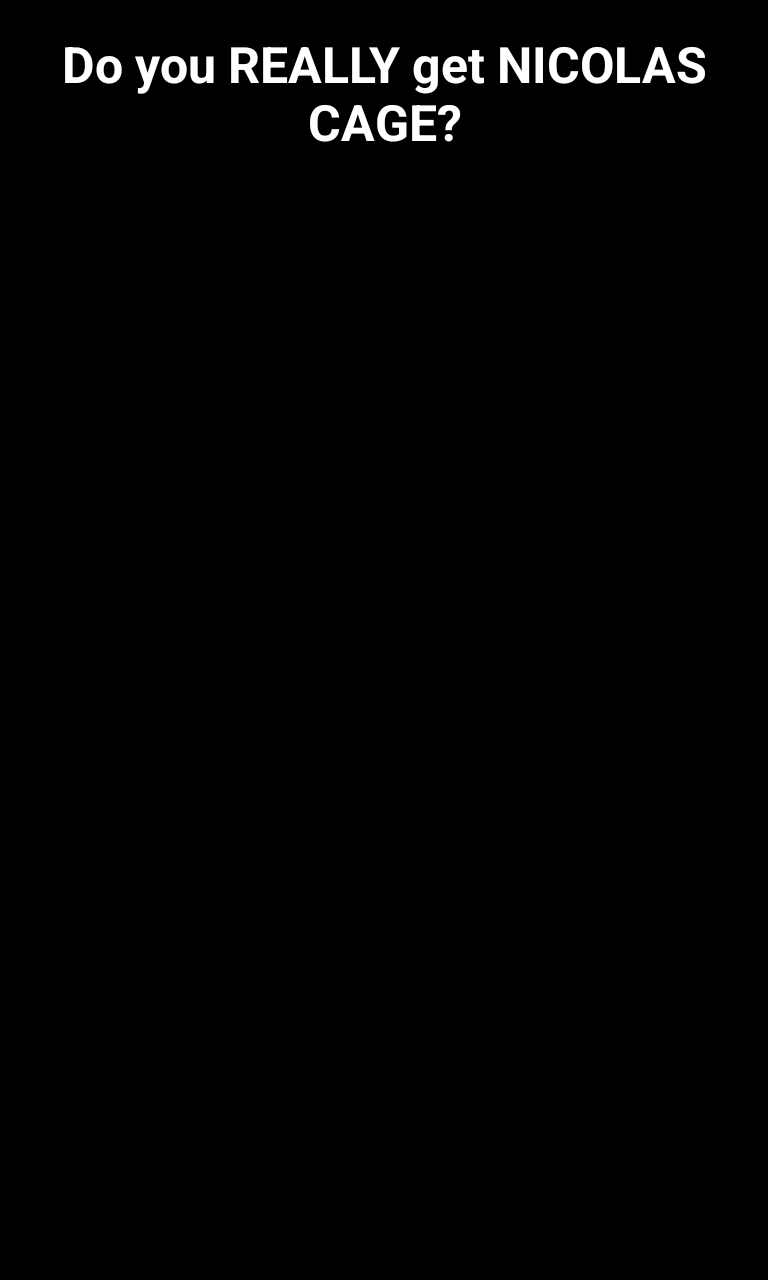
Repository: kylenicola/NicCageMobileApp
Layout: NicolasCageApp/res/layout/activity_score_menu.xml
The author's editor kept a copy of each file at every save. The layout is drawn from the files as they stood at one save, then again after the next save.
It is drawn on a 768 x 1280 px phone screen (xhdpi) without system bars, with theme AppTheme; the app's code is not run. The app's manifest (not shown) leaves right-to-left support off. So textAlignment, textDirection and layoutDirection are ignored, and left and right values win over start and end ones.

Above is the layout before, as saved 2014-12-04 01:29:35.

After the next save:
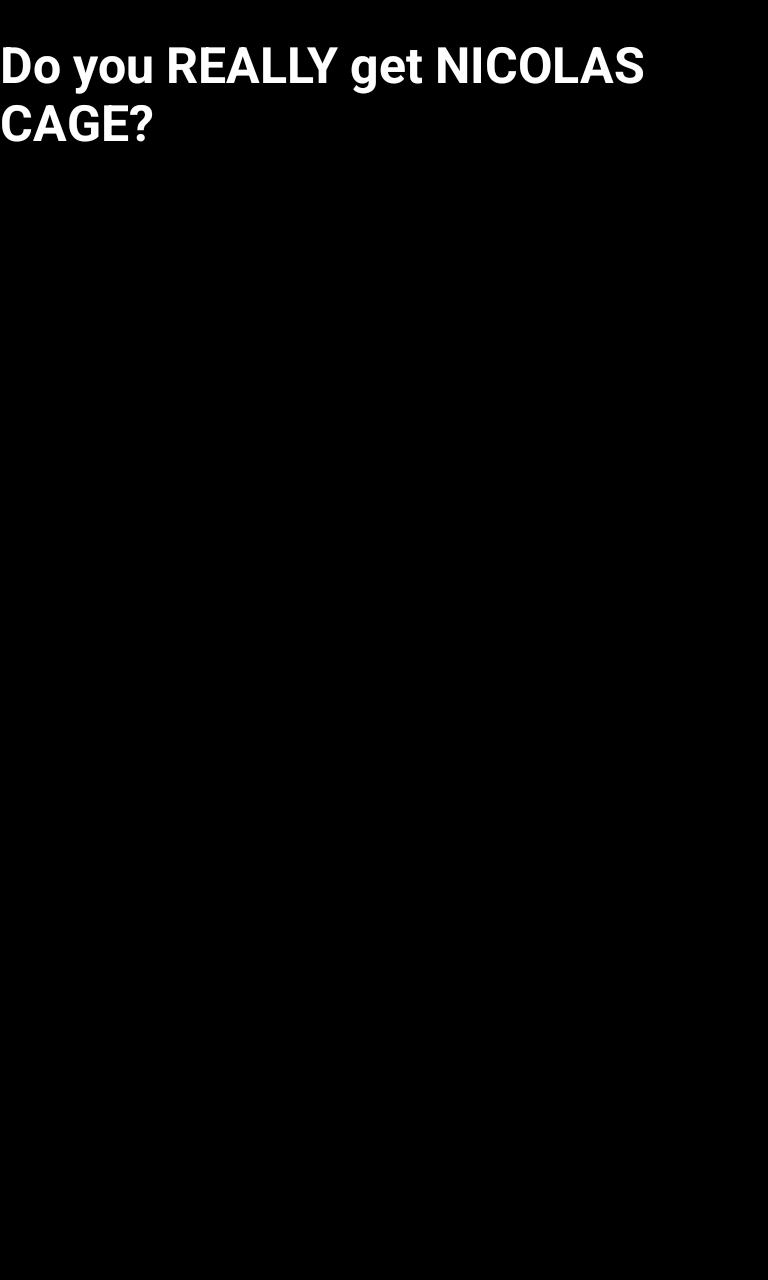
Saved 7 min 58 s later.
--- a/NicolasCageApp/res/layout/activity_score_menu.xml
+++ b/NicolasCageApp/res/layout/activity_score_menu.xml
@@ -9,7 +9,7 @@
 	     android:id="@+id/scoreMenuTitle"
 	     android:layout_width="wrap_content"
 	     android:layout_height="wrap_content"
-	     android:gravity="center"
+	     android:textAlignment="center"
 	     android:layout_marginTop="15dp"
 	     android:text="@string/score_menu_title"
 	     android:textSize="25sp"

After the 2 saves that followed:
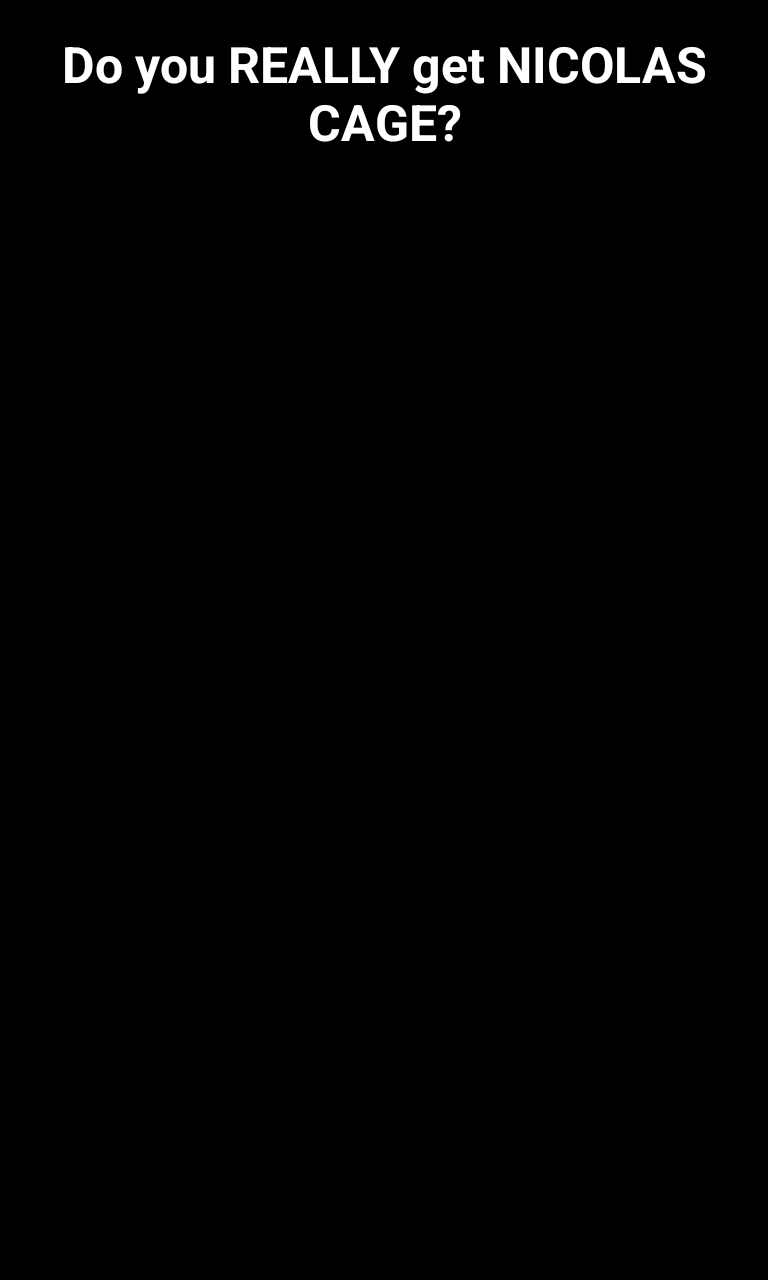
The 2 saves are shown as one change because 1 left the picture as it was.
The last was saved 36 s later.
--- a/NicolasCageApp/res/layout/activity_score_menu.xml
+++ b/NicolasCageApp/res/layout/activity_score_menu.xml
@@ -9,7 +9,7 @@
 	     android:id="@+id/scoreMenuTitle"
 	     android:layout_width="wrap_content"
 	     android:layout_height="wrap_content"
-	     android:textAlignment="center"
+	     android:gravity="center"
 	     android:layout_marginTop="15dp"
 	     android:text="@string/score_menu_title"
 	     android:textSize="25sp"
